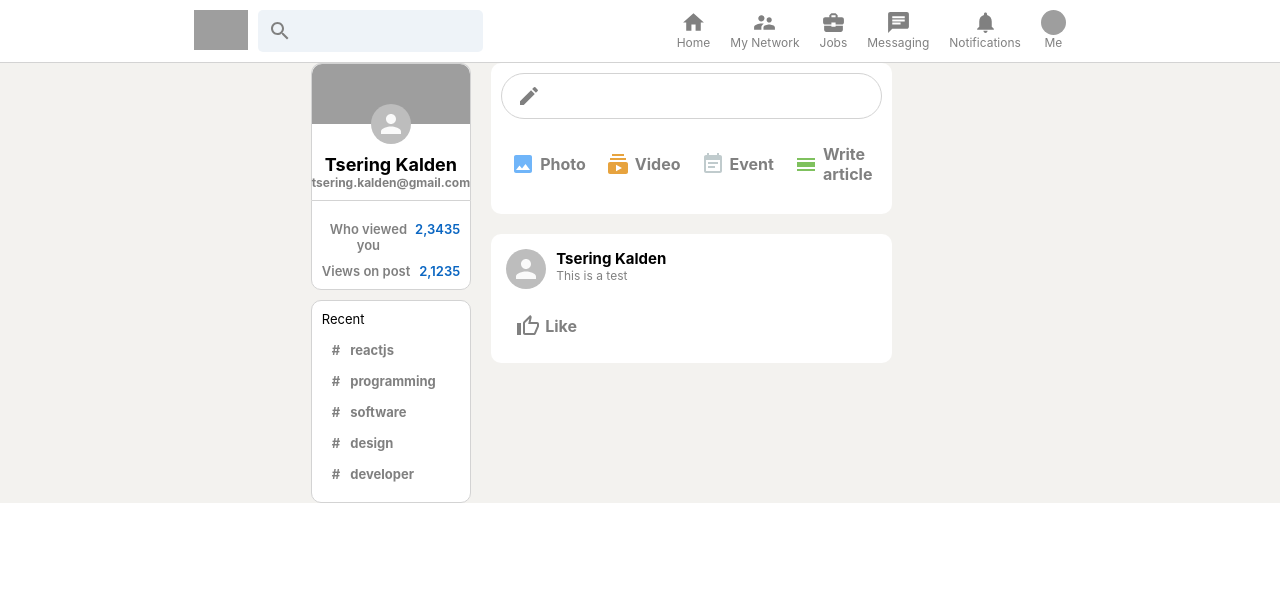
Repository: exiled-kal/linkedInreact-redux
Page: /
An editor plug-in stored every save of this project. The page is shown before and after the next save, followed by the edit.
The browser window is 1280 px wide. The pictures show the whole page.
Pictures or frames that could not be fetched are drawn as grey boxes. The project was rebuilt for these pictures with package versions that can differ from the ones it lists, and the page was loaded fresh each time.

Above is the page before, as saved 2020-12-23 21:25:50.

### src/App.js
import React from 'react';
import './App.css';
import Feed from './Feed';
import Header from './Header';
import Sidebar from './Sidebar';

function App() {
  return (
    <div className="app">
      <Header />

      {/* App Body */}
      <div className="app__body">
        <Sidebar />

        <Feed />
        {/* Widgets */}
      </div>
    </div>
  );
}
export default App;

### src/Feed.js
import React from 'react';
import './Feed.css';
import InputOption from './InputOption';
import Post from './Post';

import CreateIcon from '@material-ui/icons/Create';
import ImageIcon from '@material-ui/icons/Image';
import SubscriptionsIcon from '@material-ui/icons/Subscriptions';
import CalendarViewDayIcon from '@material-ui/icons/CalendarViewDay';
import EventNoteIcon from '@material-ui/icons/EventNote';

function Feed() {
  return (
    <div className="feed">
      <div className="feed__inputContainer">
        <div className="feed__input">
          <CreateIcon />
          <form>
            <input type="text" />
            <button type="submit">Send</button>
          </form>
        </div>
        <div className="feed__inputOptions">
          <InputOption Icon={ImageIcon} title="Photo" color="#70B5F9" />
          <InputOption Icon={SubscriptionsIcon} title="Video" color="#E7A33E" />
          <InputOption Icon={EventNoteIcon} title="Event" color="#C0CBCD" />
          <InputOption
            Icon={CalendarViewDayIcon}
            title="Write article"
            color="#7FC15E"
          />
        </div>
      </div>
      <Post
        name="Tsering Kalden"
        description="This is a test"
        messsage="Wow this worked"
      />
    </div>
  );
}

export default Feed;

### src/Header.js
import React from 'react';
import './Header.css';
import SearchIcon from '@material-ui/icons/Search';
import HomeIcon from '@material-ui/icons/Home';
import SupervisorAccountIcon from '@material-ui/icons/SupervisorAccount';
import BusinessCenterIcon from '@material-ui/icons/BusinessCenter';
import ChatIcon from '@material-ui/icons/Chat';
import NotificationsIcon from '@material-ui/icons/Notifications';

import HeaderOption from './HeaderOption';

function Header() {
  return (
    <div className="header">
      <div className="header__left">
        <img
          src="https://www.flaticon.com/svg/static/icons/svg/174/174857.svg"
          alt=""
        />
        <div className="header__search">
          <SearchIcon />
          <input type="text" />
        </div>
      </div>
      <div className="header__right">
        <HeaderOption Icon={HomeIcon} title="Home" />
        <HeaderOption Icon={SupervisorAccountIcon} title="My Network" />
        <HeaderOption Icon={BusinessCenterIcon} title="Jobs" />
        <HeaderOption Icon={ChatIcon} title="Messaging" />
        <HeaderOption Icon={NotificationsIcon} title="Notifications" />
        <HeaderOption
          avatar="https://lh3.googleusercontent.com/ogw/ADGmqu_TO5DxpJaFKNCrPcspEX6tJRZjHj48Ofzpj3c1qw=s64-c-mo"
          title="Me"
        />
      </div>
    </div>
  );
}

export default Header;

### src/Sidebar.js
import {Avatar} from '@material-ui/core';
import React from 'react';
import './Sidebar.css';

function Sidebar() {
  const recentItem = (topic) => (
    <div className="sidebar__recentItem">
      <span className="sidebar__hash">#</span>
      <p>{topic}</p>
    </div>
  );
  return (
    <div className="sidebar">
      <div className="sidebar__top">
        <img src="https://i.stack.imgur.com/FNNGP.gif" alt="" />
        <Avatar className="sidebar__avatar" />
        <h2>Tsering Kalden</h2>
        <h4>tsering.kalden@gmail.com</h4>
      </div>
      <div className="sidebar__stats">
        <div className="sidebar__stat">
          <p>Who viewed you</p>
          <p className="sidebar__statNumber">2,3435</p>
        </div>
        <div className="sidebar__stat">
          <p>Views on post</p>
          <p className="sidebar__statNumber">2,1235</p>
        </div>
      </div>
      <div className="sidebar__bottom">
        <p>Recent</p>
        {recentItem('reactjs')}
        {recentItem('programming')}
        {recentItem('software')}
        {recentItem('design')}
        {recentItem('developer')}
      </div>
    </div>
  );
}

export default Sidebar;

### src/features/counter/counterSlice.js
import { createSlice } from '@reduxjs/toolkit';

export const counterSlice = createSlice({
  name: 'counter',
  initialState: {
    value: 0,
  },
  reducers: {
    increment: state => {
      // Redux Toolkit allows us to write "mutating" logic in reducers. It
      // doesn't actually mutate the state because it uses the Immer library,
      // which detects changes to a "draft state" and produces a brand new
      // immutable state based off those changes
      state.value += 1;
    },
    decrement: state => {
      state.value -= 1;
    },
    incrementByAmount: (state, action) => {
      state.value += action.payload;
    },
  },
});

export const { increment, decrement, incrementByAmount } = counterSlice.actions;

// The function below is called a thunk and allows us to perform async logic. It
// can be dispatched like a regular action: `dispatch(incrementAsync(10))`. This
// will call the thunk with the `dispatch` function as the first argument. Async
// code can then be executed and other actions can be dispatched
export const incrementAsync = amount => dispatch => {
  setTimeout(() => {
    dispatch(incrementByAmount(amount));
  }, 1000);
};

// The function below is called a selector and allows us to select a value from
// the state. Selectors can also be defined inline where they're used instead of
// in the slice file. For example: `useSelector((state) => state.counter.value)`
export const selectCount = state => state.counter.value;

export default counterSlice.reducer;

### src/Feed.css
.feed {
  flex: 0.6;
  margin: 0 20px;
}

.feed__inputContainer {
  background-color: white;
  padding: 10px;
  padding-bottom: 20px;
  border-radius: 10px;
  margin-bottom: 20px;
}

.feed__input {
  border: 1px solid lightgray;
  border-radius: 30px;
  display: flex;
  padding: 10px;
  color: gray;
  padding-left: 15px;
}

.feed__input > form {
  display: flex;
  width: 100%;
}

.feed__input > form > input {
  border: none;
  flex: 1;
  margin-left: 10px;
  outline-width: 0;
  font-weight: 600;
}

.feed__input > form > button {
  display: none;
}

.feed__inputOptions {
  display: flex;
  justify-content: space-evenly;

}

### src/InputOption.js
import React from 'react';
import './InputOption.css';

function InputOption({title, Icon, color}) {
  return (
    <div className="inputOption">
      <Icon style={{color: color}} />
      <h4>{title}</h4>
    </div>
  );
}

export default InputOption;

### src/Post.js
import {Avatar} from '@material-ui/core';
import React from 'react';
import InputOption from './InputOption';
import './Post.css';

import ThumbUpAltOutlinedIcon from '@material-ui/icons/ThumbUpAltOutlined';

function Post({name, description, message, photoUrl}) {
  return (
    <div className="post">
      <div className="post__header">
        <Avatar />
        <div className="post__info">
          <h2>{name}</h2>
          <p>{description}</p>
        </div>
      </div>
      <div className="post__body">
        <p>{message}</p>
      </div>
      <div className="post__buttons">
        <InputOption Icon={ThumbUpAltOutlinedIcon} title="Like" color="gray" />
      </div>
    </div>
  );
}

export default Post;

### src/Header.css
.header {
  position: sticky;
  top: 0;
  z-index: 999;
  display: flex;
  background-color: white;
  justify-content: space-evenly;
  border-bottom: 0.1px solid lightgray;
  padding-top: 10px;
  padding-bottom: 10px;
  width: 100%;
}

.header__left {
  display: flex;
}

.header__left > img {
  object-fit: contain;
  height: 40px;
  margin-right: 10px;
}

.header__search {
  padding: 10px;
  display: flex;
  align-items: center;
  border-radius: 5px;
  height: 22px;
  color: gray;
  background-color: #eef3f8;
}

.header__search > input {
  outline: none;
  border: none;
  background: none;
}

.header__right {
  display: flex;
}

### src/HeaderOption.js
import { Avatar } from '@material-ui/core';
import React from 'react';
import './HeaderOption.css';

function HeaderOption({avatar, title, Icon}) {
  return (
    <div className="headerOption">
      {Icon && <Icon className="headerOption__icon" />}
      {avatar && <Avatar className="headerOption__icon" src={avatar} />}
      <h3 className="headerOption__title">{title}</h3>
    </div>
  );
}

export default HeaderOption;

### src/Sidebar.css
.sidebar {
  position: sticky;
  top: 80px;
  flex: 0.2;
  border-radius: 10px;
  text-align: center;
  height: fit-content;
}

.sidebar__avatar {
  margin-bottom: 10px;
}

.sidebar__top > h4 {
  color: gray;
  font-size: 12px;
}

.sidebar__top > h2 {
  font-size: 18px;
}

.sidebar__top {
  display: flex;
  flex-direction: column;
  align-items: center;
  border: 1px solid lightgray;
  border-bottom: 0;
  border-top-left-radius: 10px;
  border-top-right-radius: 10px;
  background-color: white;
  padding-bottom: 10px;
}

.sidebar__top > img {
  margin-bottom: -20px;
  width: 100%;
  height: 60px;
  border-top-left-radius: 10px;
  border-top-right-radius: 10px;
  object-fit: cover;
}

.sidebar__stats {
  padding: 10px;
  margin-bottom: 10px;
  border: 1px solid lightgray;
  background-color: white;
  border-bottom-left-radius: 10px;
  border-bottom-right-radius: 10px;
}
.sidebar__stat {
  margin-top: 10px;
  display: flex;
  justify-content: space-between;
}

.sidebar__stat > p {
  color: gray;
  font-size: 13px;
  font-weight: 600;
}

.sidebar__statNumber {
  font-weight: bold;
  color: #0a66c2 !important;
}

.sidebar__bottom {
  text-align: left;
  padding: 10px;
  border: 1px solid lightgray;
  background-color: white;
  border-radius: 10px;
  margin-top: 10px;
}

.sidebar__bottom > p {
  font-size: 13px;
  padding-bottom: 10px;
}

.sidebar__recentItem {
  display: flex;
  font-size: 13px;
  color: gray;
  font-weight: bolder;
  cursor: pointer;
  margin-bottom: 5px;
  padding: 5px;
}

.sidebar__recentItem:hover {
  background-color: whitesmoke;
  border-radius: 10px;
  cursor: pointer;
  color: black;
}

.sidebar__hash {
  margin-right: 10px;
  margin-left: 5px;
}

### src/Post.css
.post {
  background-color: white;
  padding: 15px;
  margin-bottom: 10px;
  border-radius: 10px;
}

.post__header {
  display: flex;
  margin-bottom: 10px;
}

.post__info {
  margin-left: 10px;
}

.post__info > p {
  font-size: 12px;
  color: gray;
}

.post__body {
  overflow-wrap: anywhere;
}

.post__info > h2 {
  font-size: 15px;
}

Loaded but not shown: public/index.html (common file); src/index.js (common file); src/index.css (common file); src/app/store.js (common file); src/serviceWorker.js (common file); src/App.css (common file); src/InputOption.css (common file); src/HeaderOption.css (common file)

After the next save:
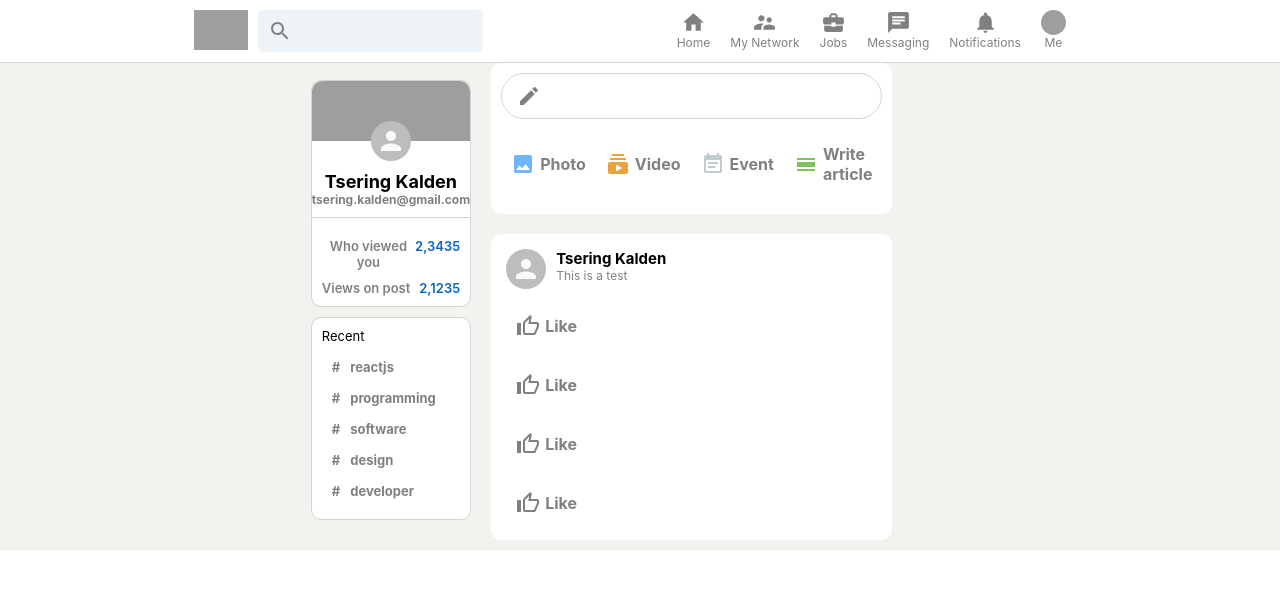
Saved 33 s later.
--- a/src/Post.js
+++ b/src/Post.js
@@ -20,6 +20,9 @@ function Post({name, description, message, photoUrl}) {
       </div>
       <div className="post__buttons">
         <InputOption Icon={ThumbUpAltOutlinedIcon} title="Like" color="gray" />
+        <InputOption Icon={ThumbUpAltOutlinedIcon} title="Like" color="gray" />
+        <InputOption Icon={ThumbUpAltOutlinedIcon} title="Like" color="gray" />
+        <InputOption Icon={ThumbUpAltOutlinedIcon} title="Like" color="gray" />
       </div>
     </div>
   );
